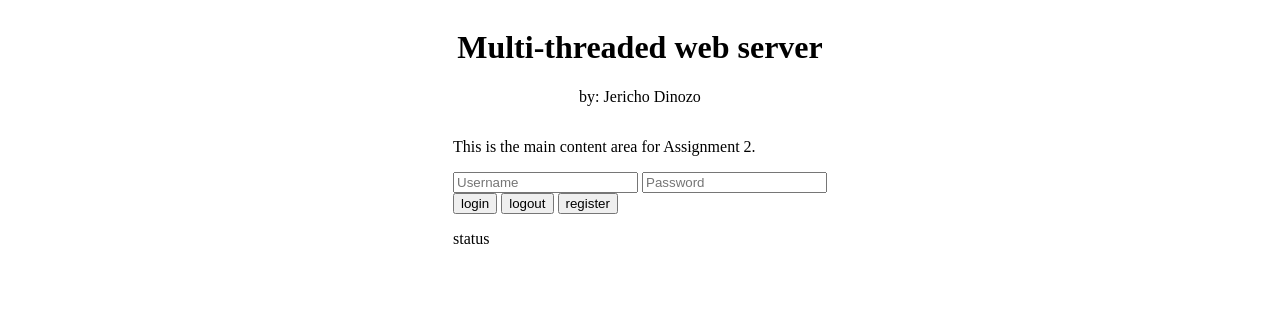
Repository: jerichodinozo/Multi-Threaded-Web-Server-Chat-Room
Page: static/index.html
The author's editor kept a copy of each file at every save. The page is drawn from the files as they stood at one save, then again after the next save.
The browser window is 1280 px wide. The pictures show the whole page.
The page's requests for data from a server got no answer.

Above is the page before, as saved 2025-11-10 11:07:06.

After the next save:
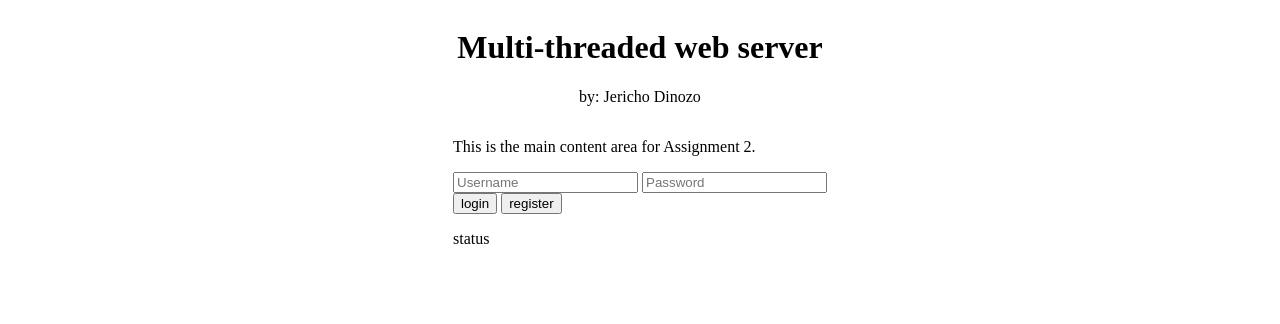
Console error: TypeError: Cannot read properties of null (reading 'addEventListener')
Saved 18 s later.
--- a/static/index.html
+++ b/static/index.html
@@ -21,7 +21,6 @@
         </div>
         <div>
             <button type="button" id="login-button">login</button>
-            <button type="button" id="logout-button">logout</button>
             <button type="button" id="register-button">register</button>
         </div>
         <div id="message-section">

After the 3 saves that followed:
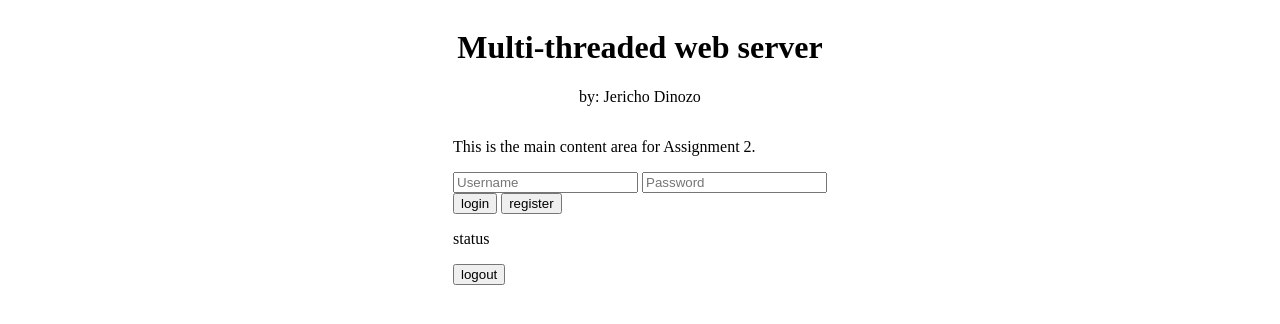
The error is gone.
The 3 saves are shown as one change because they came seconds apart.
The last was saved 10 s later.
--- a/static/index.html
+++ b/static/index.html
@@ -19,7 +19,7 @@
             <input type="text" id="username" name="username" placeholder="Username">
             <input type="text" id="password" name="password" placeholder="Password">
         </div>
-        <div>
+        <div id="">
             <button type="button" id="login-button">login</button>
             <button type="button" id="register-button">register</button>
         </div>
@@ -35,6 +35,7 @@
         </div>
         </div>
         <p id="status">status</p>
+        <button type="button" id="logout-button">logout</button>
     </main>
 </body>
 <script src="script.js"></script>
